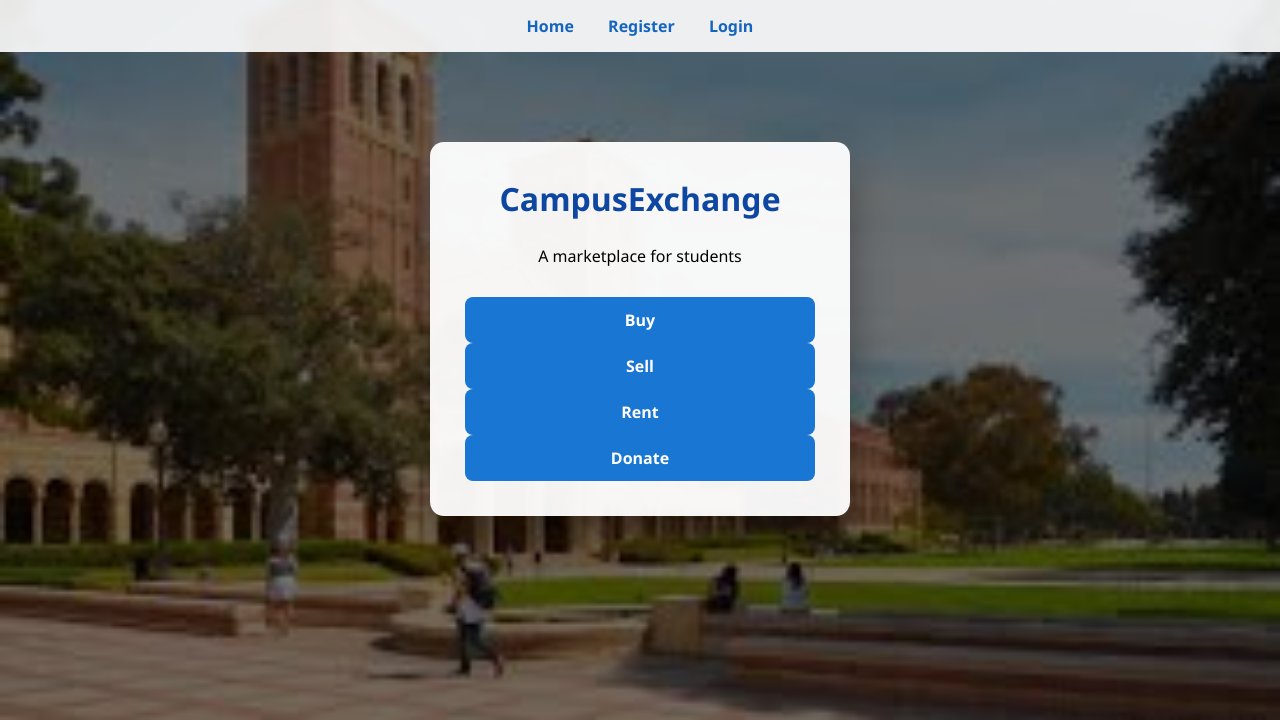
Repository: Sanjaya1822/Campus-Exchange
Page: http://localhost/CampusExchange/
An editor plug-in stored every save of this project. The page is shown before and after the next save, followed by the edit.
The browser window is 1280 px wide. The pictures show the whole page.
The page is served by Tomcat 9.

Above is the page before, as saved 2026-01-30 18:01:53.

After the next save:
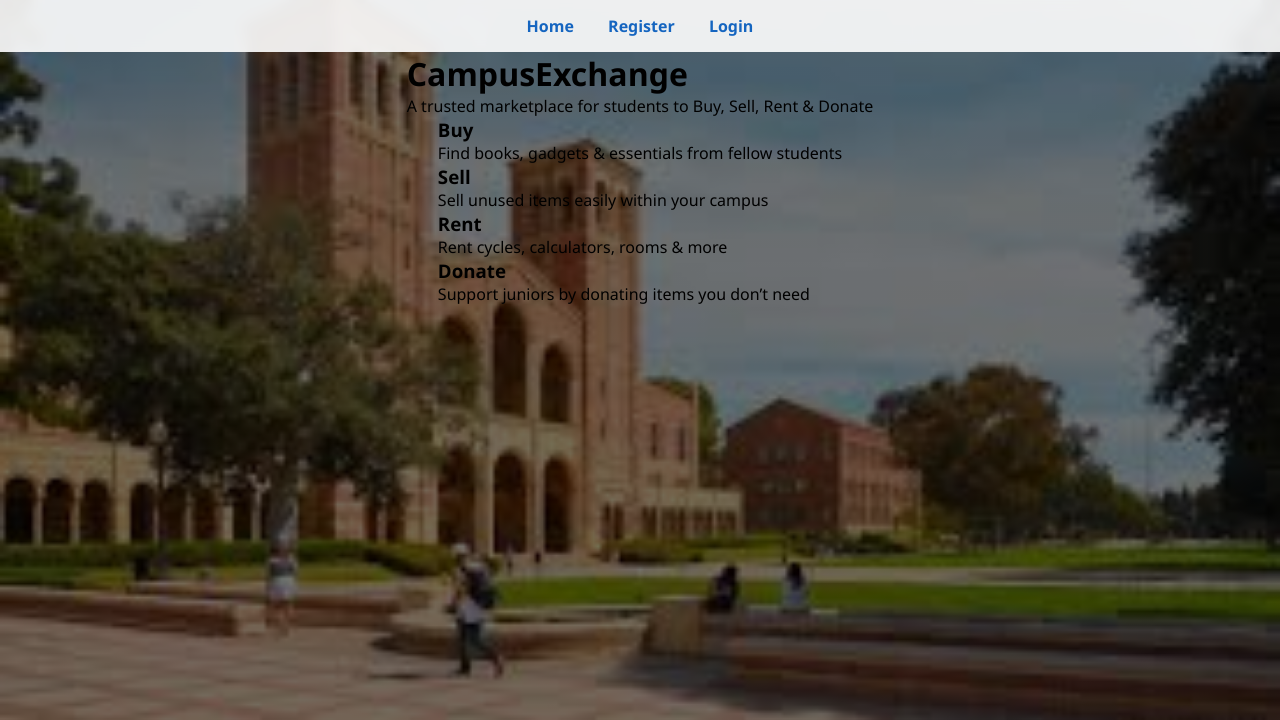
Saved 34 h 47 min later.
--- a/CampusExchange/src/main/webapp/index.jsp
+++ b/CampusExchange/src/main/webapp/index.jsp
@@ -8,24 +8,49 @@
 </head>
 <body>
 
+<!-- NAVBAR -->
 <div class="navbar">
     <a href="index.jsp">Home</a>
     <a href="register.jsp">Register</a>
     <a href="login.jsp">Login</a>
 </div>
 
-<div class="container">
+<!-- HERO SECTION -->
+<div class="hero">
     <h1>CampusExchange</h1>
-    <p style="text-align:center;">A marketplace for students</p>
-    <div style="text-align:center; margin-top:30px;">
-    <button>Buy</button>
-    <button>Sell</button>
-    <button>Rent</button>
-    <button>Donate</button>
+    <p>A trusted marketplace for students to Buy, Sell, Rent & Donate</p>
 </div>
+
+<!-- FEATURES -->
+<div class="features">
+
+    <div class="feature-card">
+        <i class="fa fa-shopping-cart"></i>
+        <h3>Buy</h3>
+        <p>Find books, gadgets & essentials from fellow students</p>
+    </div>
+
+    <div class="feature-card">
+        <i class="fa fa-tags"></i>
+        <h3>Sell</h3>
+        <p>Sell unused items easily within your campus</p>
+    </div>
+
+    <div class="feature-card">
+        <i class="fa fa-home"></i>
+        <h3>Rent</h3>
+        <p>Rent cycles, calculators, rooms & more</p>
+    </div>
+
+    <div class="feature-card">
+        <i class="fa fa-heart"></i>
+        <h3>Donate</h3>
+        <p>Support juniors by donating items you don’t need</p>
+    </div>
 
 </div>
 
 </body>
 
+
 </html>
